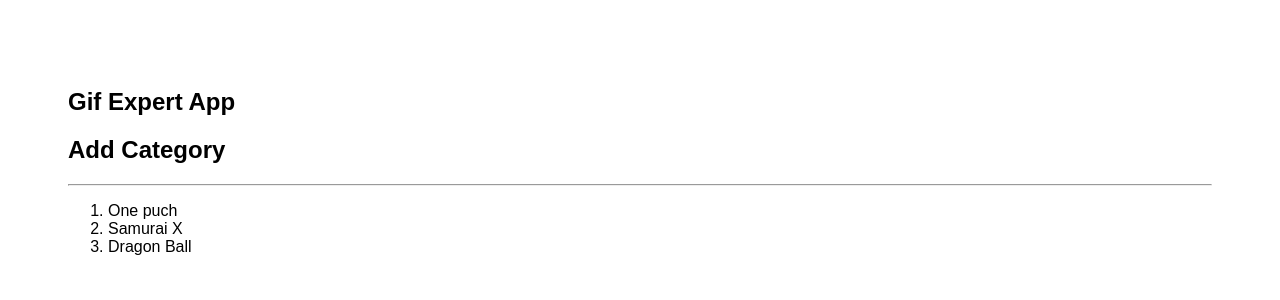
Repository: ppfeliuu/gifs-app
Page: /
The author's editor kept a copy of each file at every save. The page is drawn from the files as they stood at one save, then again after the next save.
The browser window is 1280 px wide. The pictures show the whole page.
The project was rebuilt for these pictures with package versions that can differ from the ones it lists, and the page was loaded fresh each time.

Above is the page before, as saved 2021-05-26 09:39:45.

After the next save:
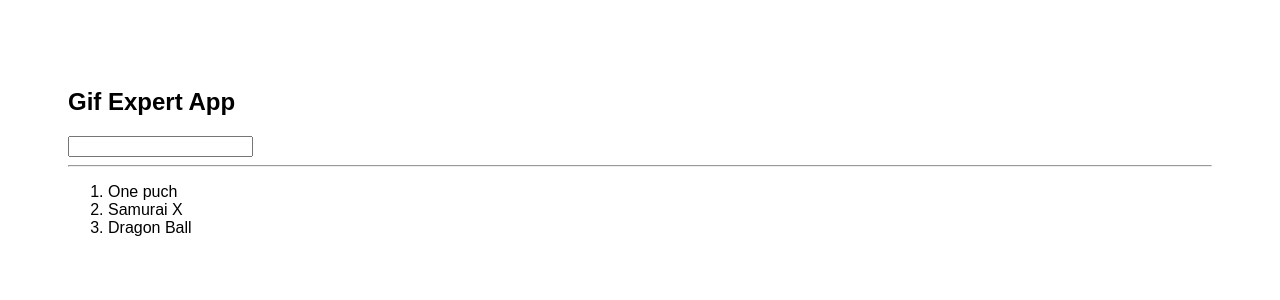
Saved 31 s later.
--- a/src/components/AddCategory.js
+++ b/src/components/AddCategory.js
@@ -3,7 +3,7 @@ import React from "react";
 const AddCategory = () => {
   return (
     <>
-      <h2>Add Category</h2>
+      <input />
     </>
   );
 };
